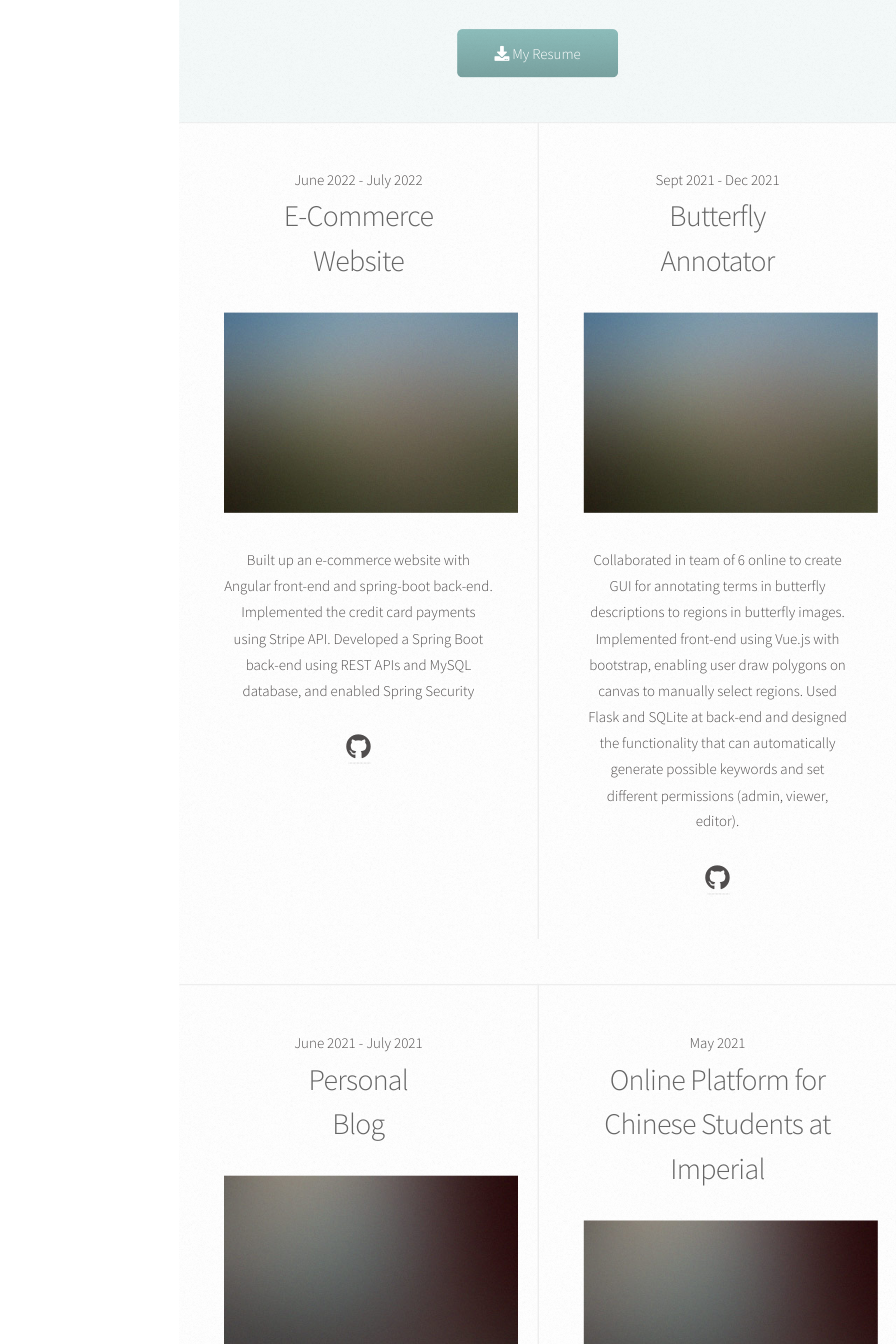
Repository: Felixqxz/Felixqxz.github.io
Page: index.html
These files come from the project's save history. The page is drawn as it stood at one moment and after a run of saves; the edit follows.
The browser window is 1280 px wide. The pictures show the part of the page from y = 1441 to 3361 px (the page is 5614 px tall), at 70% of full size.

Above is the page before, as saved 2022-07-28 23:48:05.

After the next 4 saves:
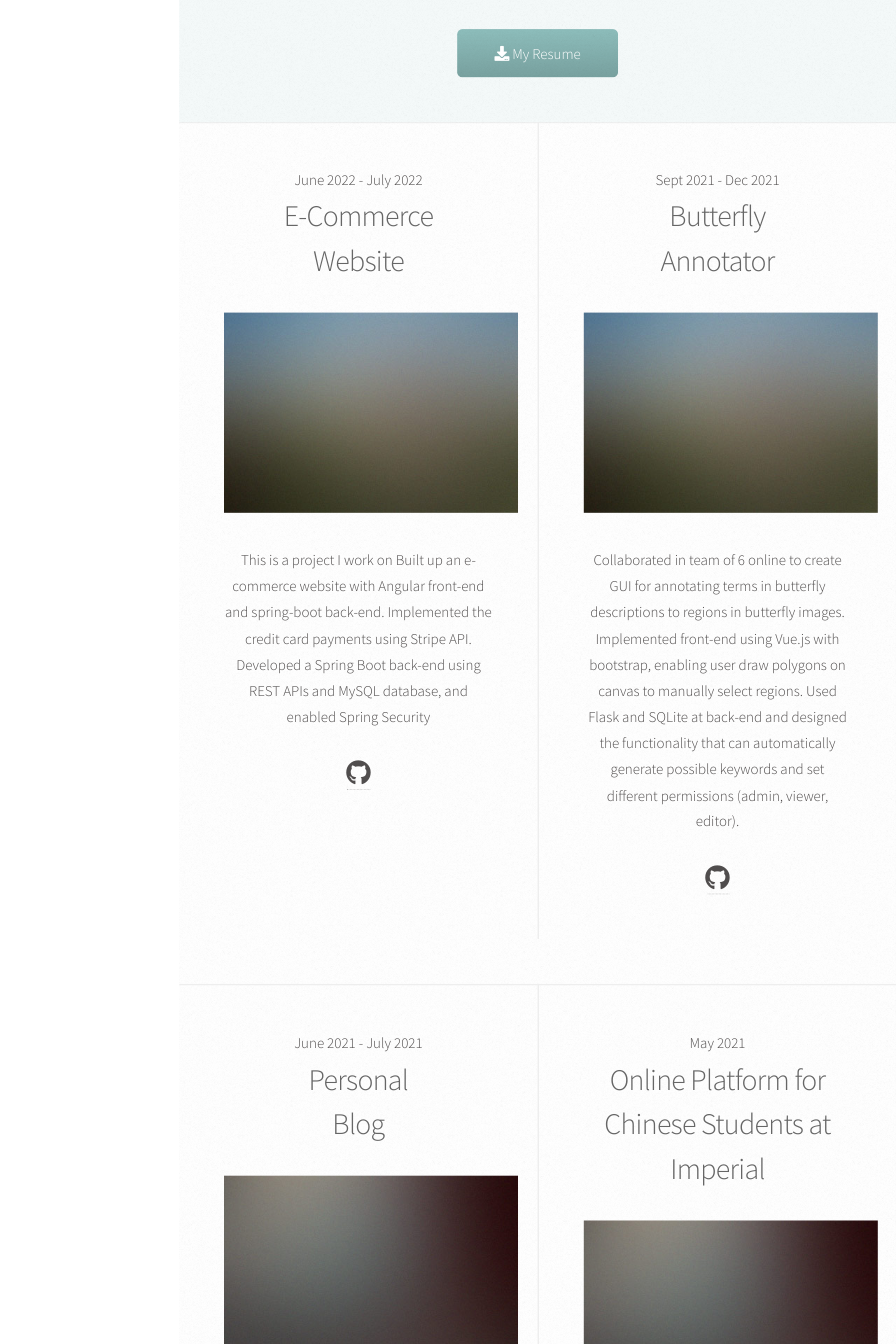
The 4 saves are shown as one change because they came seconds apart.
The last was saved 22 s later.
--- a/index.html
+++ b/index.html
@@ -111,7 +111,7 @@
 								Website</a></h2>
 							</header>
 							<img src="images/pic02.jpg" alt="" /><br><br>
-							<p>Built up an e-commerce website with Angular front-end and spring-boot back-end. Implemented the credit card payments using Stripe API.
+							<p>This is a project I work on Built up an e-commerce website with Angular front-end and spring-boot back-end. Implemented the credit card payments using Stripe API.
 								Developed a Spring Boot back-end using REST APIs and MySQL database, and enabled Spring Security
 							</p>
 							<a href="https://github.com/Felixqxz/e-commerce" class="icon brands fa-github" style="font-size:36px"><span class="label">Github</span></a>

After the save that followed:
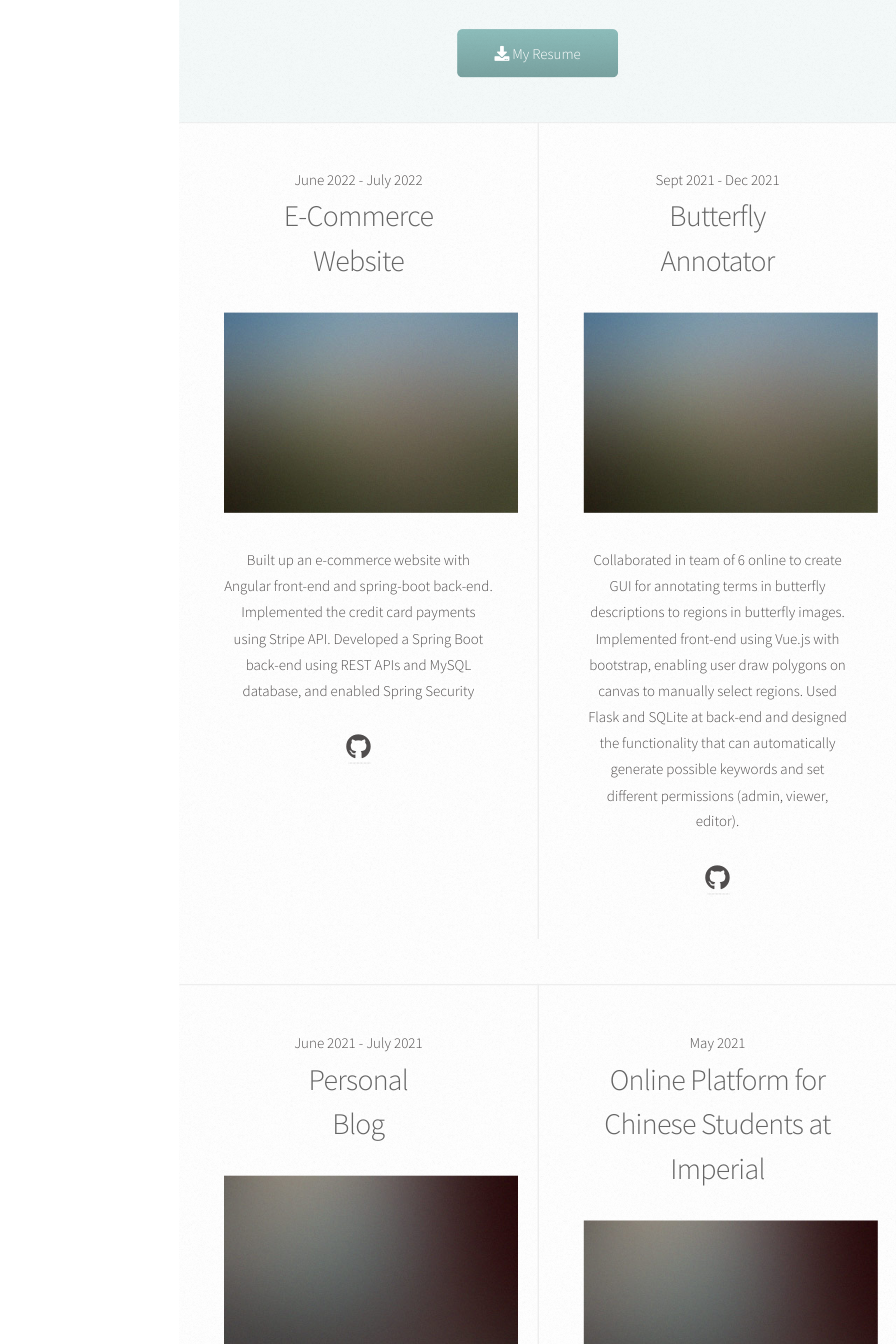
Saved 9 s later.
--- a/index.html
+++ b/index.html
@@ -111,7 +111,7 @@
 								Website</a></h2>
 							</header>
 							<img src="images/pic02.jpg" alt="" /><br><br>
-							<p>This is a project I work on Built up an e-commerce website with Angular front-end and spring-boot back-end. Implemented the credit card payments using Stripe API.
+							<p>Built up an e-commerce website with Angular front-end and spring-boot back-end. Implemented the credit card payments using Stripe API.
 								Developed a Spring Boot back-end using REST APIs and MySQL database, and enabled Spring Security
 							</p>
 							<a href="https://github.com/Felixqxz/e-commerce" class="icon brands fa-github" style="font-size:36px"><span class="label">Github</span></a>
